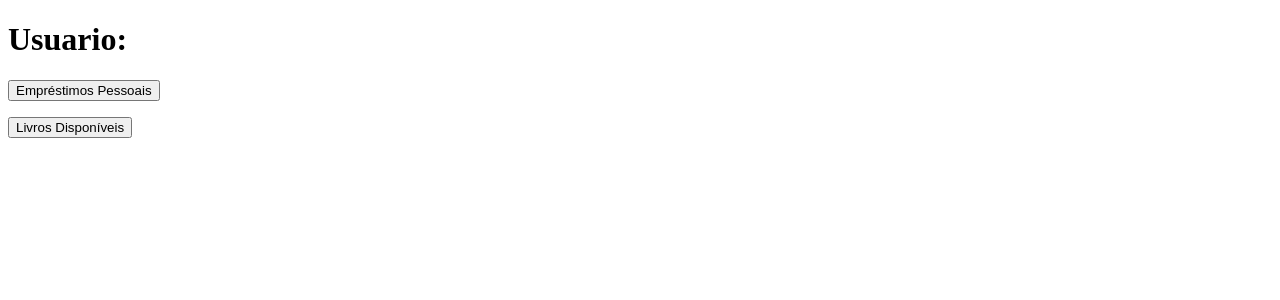
Repository: lmsmorais/ProjectEpiousion
Page: http://localhost/LibraryProject/jsp/usuarioNormal.jsp
These files come from the project's save history. The page is drawn as it stood at one moment and after a run of saves; the edit follows.
The browser window is 1280 px wide. The pictures show the whole page.
The page is served by Tomcat 9.

Above is the page before, as saved 2020-11-12 22:00:31.

After the next 2 saves:
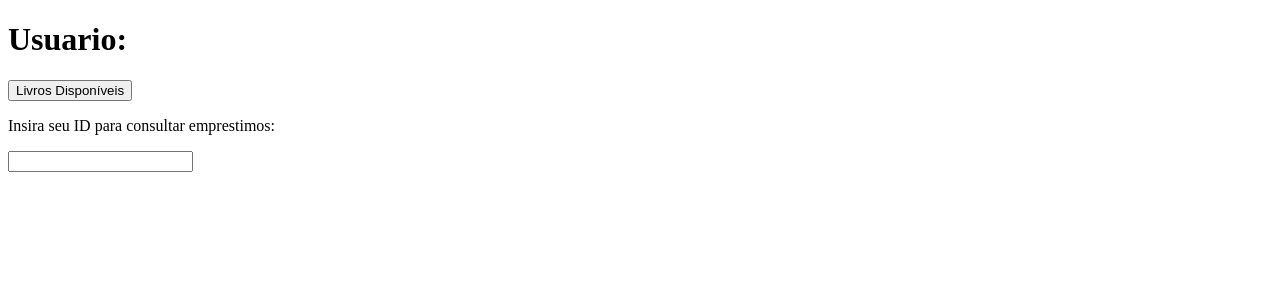
The 2 saves are shown as one change because they came seconds apart.
The last was saved 2 min 56 s later.
--- a/LibraryProject/WebContent/jsp/usuarioNormal.jsp
+++ b/LibraryProject/WebContent/jsp/usuarioNormal.jsp
@@ -8,10 +8,13 @@
 </head>
 <body>
 	<h1>Usuario: ${sessionScope.username}</h1>
-
-
-	<A HREF='${pageContext.request.contextPath}/jsp/EmprestimosUsuarioNormal.jsp'><button>Empréstimos Pessoais</button></A>
 	<p>
 	<A HREF='${pageContext.request.contextPath}/LivrosDisponiveisServlet'><button>Livros Disponíveis</button></A>
+	<p>
+	<form method="post" action="EmpreestimoUsuario">
+		Insira seu ID para consultar emprestimos:
+		<p>
+		<input type="text" name="idUsuario"/>
+	</form>
 </body>
 </html>
